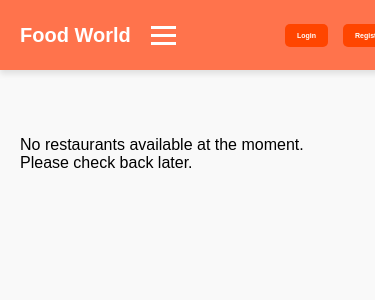
Repository: Sujith-B-S/Food-Application
Page: http://localhost/FoodApplication/home.jsp
An editor plug-in stored every save of this project. The page is shown before and after the next save, followed by the edit.
The browser window is 375 px wide. The pictures show the whole page.
Some web fonts or font styles are not loaded; a fallback is used. The page is served by Tomcat 9. Other server files are loaded and not shown.

Above is the page before, as saved 2024-11-16 18:08:08.

### FoodApplication/src/main/webapp/home.jsp
<%@ page language="java" contentType="text/html; charset=UTF-8" pageEncoding="UTF-8"%>
<%@ page import="com.sg.restaurantpojo.Restaurant" %>
<%@ page import="java.util.List" %>
<%@ page import="com.sg.userpojo.User" %>
<!DOCTYPE html>
<html lang="en">
<head>
    <meta charset="UTF-8">
    <meta name="viewport" content="width=device-width, initial-scale=1.0">
    <title>Home - Food Application</title>
    <style>
        /* Google Font */
        @import url('https://fonts.googleapis.com/css2?family=Nunito+Sans:wght@400;600;700&display=swap');

        html {
            scroll-behavior: smooth;
        }

        body {
            margin: 0;
            font-family: 'Nunito Sans', sans-serif;
            background-color: #f9f9f9;
        }

        /* Navbar Styling */
        .navbar {
            position: fixed;
            top: 0;
            width: 100%;
            height: 70px;
            background-color: #FF734C;
            display: flex;
            justify-content: space-between;
            align-items: center;
            padding: 0 20px;
            box-shadow: 0 4px 6px rgba(0, 0, 0, 0.1);
            z-index: 1000;
        }

        .navbar-left {
            display: flex;
            align-items: center;
        }

        .app-name {
            font-size: 28px;
            font-weight: 700;
            color: white;
            margin-right: 20px;
        }

        nav {
            display: flex;
            gap: 15px;
        }

        .navbar a {
            color: white;
            text-decoration: none;
            font-size: 18px;
            font-weight: 600;
        }

        .navbar a:hover {
            color: black;
        }

        .user-info {
            display: flex;
            align-items: center;
            gap: 15px;
        }

        .user-info p {
            margin: 0;
            color: white;
            font-size: 18px;
        }

        .user-info a {
            color: #fff;
            padding: 8px 12px;
            border-radius: 5px;
            background-color: #ff4500;
            font-size: 16px;
            text-decoration: none;
            transition: background-color 0.3s ease;
        }

        .user-info a:hover {
            background-color: #ff3300;
        }

        /* Hamburger Menu */
        .hamburger {
            display: none;
            flex-direction: column;
            gap: 5px;
            cursor: pointer;
        }

        .hamburger div {
            width: 25px;
            height: 3px;
            background-color: white;
        }

        .navbar nav {
            display: flex;
        }

        .navbar nav.active {
            display: flex;
            flex-direction: column;
            background-color: #FF734C;
            position: absolute;
            top: 70px;
            left: 0;
            width: 100%;
            padding: 10px 0;
            z-index: 999;
        }

        .container {
            margin-top: 100px;
            display: grid;
            grid-template-columns: repeat(auto-fit, minmax(250px, 1fr));
            gap: 20px;
            padding: 20px;
        }

        .card {
            border: 1px solid #ddd;
            border-radius: 10px;
            background-color: #fff;
            box-shadow: 0 4px 8px rgba(0, 0, 0, 0.1);
            transition: transform 0.3s ease, box-shadow 0.3s ease;
        }

        .card:hover {
            transform: scale(1.05);
            box-shadow: 0 6px 12px rgba(0, 0, 0, 0.2);
        }

        .card img {
            width: 100%;
            height: 200px;
            object-fit: cover;
        }

        .card-content {
            padding: 15px;
            text-align: center;
        }

        .card-content h3 {
            font-size: 1.5rem;
            color: #333;
            margin: 10px 0;
        }

        .card-content p {
            font-size: 0.9rem;
            color: #666;
            margin: 5px 0;
        }

        .card-content button {
            margin-top: 10px;
            padding: 10px 20px;
            font-size: 16px;
            color: white;
            background-color: #FF734C;
            border: none;
            border-radius: 5px;
            cursor: pointer;
            transition: background-color 0.3s ease;
        }

        .card-content button:hover {
            background-color: #ff3d00;
        }

        /* Responsive Adjustments */
        @media (max-width: 790px) {
            .hamburger {
                display: flex;
            }

            .navbar nav {
                display: none;
            }

            .navbar nav.active {
                display: flex;
            }

            .app-name {
                font-size: 24px;
            }

            .user-info a {
                font-size: 14px;
            }
        }

        @media (max-width: 450px) {
            .hamburger {
                display: flex;
            }

            .navbar nav {
                display: none;
            }

            .navbar nav.active {
                display: flex;
            }

            .app-name {
                font-size: 20px;
            }

            .user-info a {
                font-size: 7px;
            }
        }
    </style>
    <script>
        document.addEventListener('DOMContentLoaded', () => {
            const hamburger = document.querySelector('.hamburger');
            const nav = document.querySelector('.navbar nav');

            hamburger.addEventListener('click', () => {
                nav.classList.toggle('active');
            });
        });
    </script>
</head>
<body>
    <!-- Navbar -->
    <div class="navbar">
        <div class="navbar-left">
            <p class="app-name">Food World</p>
            <div class="hamburger">
                <div></div>
                <div></div>
                <div></div>
            </div>
            <nav>
                <a href="home.jsp">Home</a>
                <a href="restaurants.jsp">Restaurants</a>
                <a href="contact.jsp">Contact Us</a>
                <a href="about.jsp">About</a>
            </nav>
        </div>
        <div class="user-info">
            <%
                User user = (User) session.getAttribute("loggedInUser");
                if (user != null) {
            %>
                <p>Welcome, <%= user.getUsername() %></p>
                <a href="login.jsp">Logout</a>
            <%
                } else {
            %>
                <a href="login.jsp">Login</a>
                <a href="register.jsp">Register</a>
            <%
                }
            %>
        </div>
    </div>

    <!-- Restaurant Cards -->
    <div class="container">
        <%
            List<Restaurant> resList = (List<Restaurant>) session.getAttribute("resList");
            if (resList != null) {
                for (Restaurant res : resList) {
        %>
        <div class="card">
            <img src="<%= res.getImage() %>" alt="Restaurant">
            <div class="card-content">
                <h3><%= res.getName() %></h3>
                <p><strong>Cuisine:</strong> <%= res.getCuisineType() %></p>
                <p><strong>Address:</strong> <%= res.getAddress() %></p>
                <p><strong>Ratings:</strong> <%= res.getRatings() %></p>
                <p><strong>Delivery Time:</strong> <%= res.getDeliverTime() %> mins</p>
                <p><strong>Available:</strong> <%= res.getIsActive() ? "Yes" : "No" %></p>
                <a href="ShowMenu?restaurantId=<%= res.getRestaurantId() %>">
                    <button>View Menu</button>
                </a>
            </div>
        </div>
        <%
                }
            } else {
        %>
        <p>No restaurants available at the moment. Please check back later.</p>
        <%
            }
        %>
    </div>
</body>
</html>

After the next save:
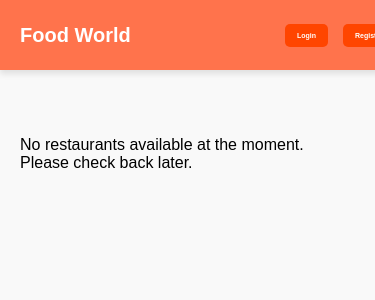
Saved 26 s later.
--- a/FoodApplication/src/main/webapp/home.jsp
+++ b/FoodApplication/src/main/webapp/home.jsp
@@ -207,6 +207,8 @@
         @media (max-width: 450px) {
             .hamburger {
                 display: flex;
+                width: 25px;
+            	height: 3px;
             }
 
             .navbar nav {

After the save that followed:
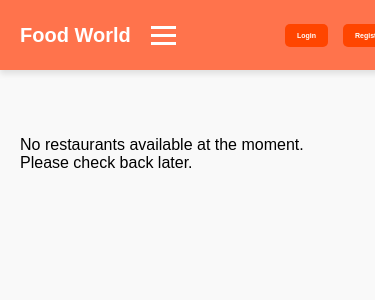
Saved 79 s later.
--- a/FoodApplication/src/main/webapp/home.jsp
+++ b/FoodApplication/src/main/webapp/home.jsp
@@ -207,8 +207,7 @@
         @media (max-width: 450px) {
             .hamburger {
                 display: flex;
-                width: 25px;
-            	height: 3px;
+
             }
 
             .navbar nav {
